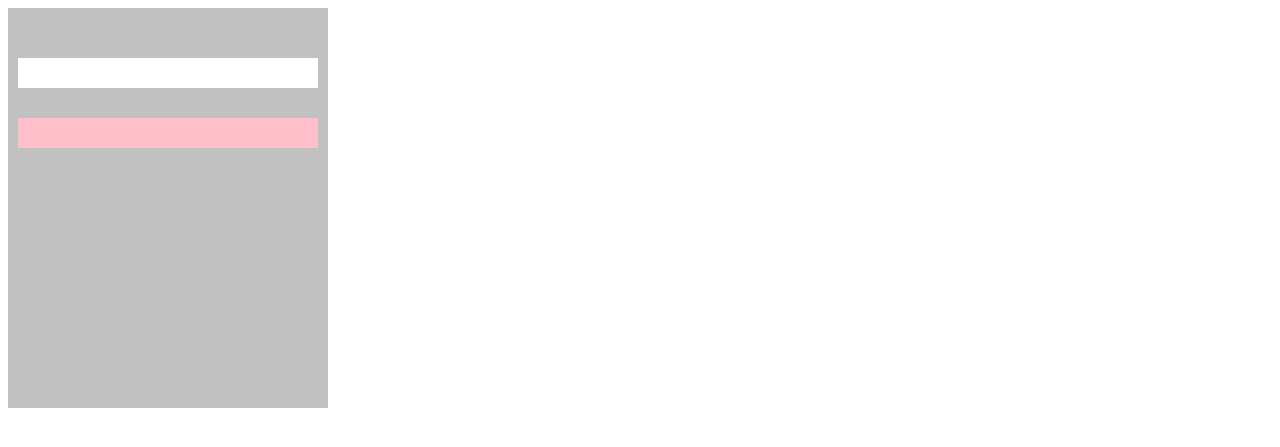
Repository: popll1/Pleiades
Page: http://localhost/jun29web/login.jsp
The author's editor kept a copy of each file at every save. The page is drawn from the files as they stood at one save, then again after the next save.
The browser window is 1280 px wide. The pictures show the whole page.
The page is served by Tomcat 9.

Above is the page before, as saved 2023-06-29 06:26:59.

After the next save:
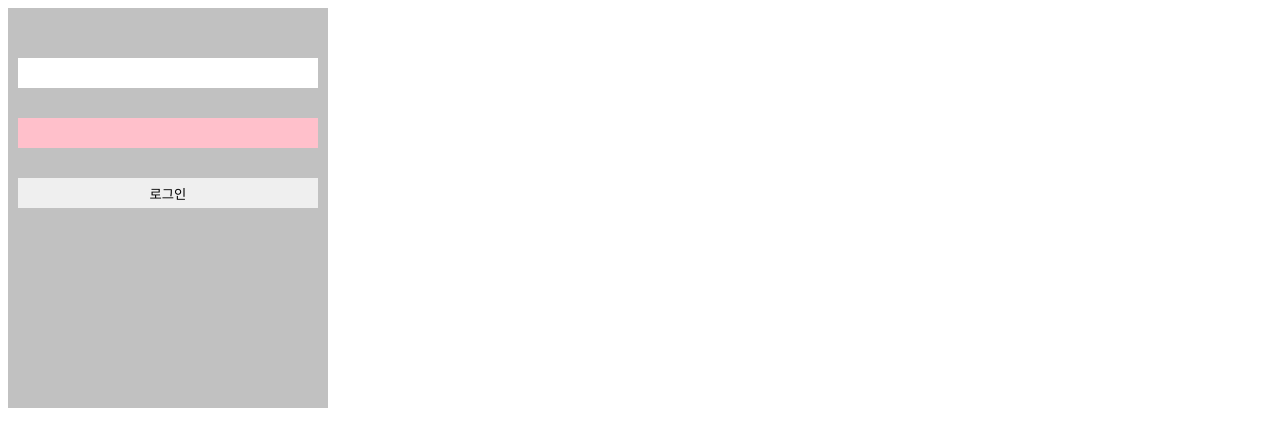
Saved 68 s later.
--- a/jun29web/src/main/webapp/login.jsp
+++ b/jun29web/src/main/webapp/login.jsp
@@ -1,5 +1,5 @@
 <%@ page language="java" contentType="text/html; charset=EUC-KR"
-    pageEncoding="UTF-8"%>
+	pageEncoding="UTF-8"%>
 <!DOCTYPE html>
 <html>
 <head>
@@ -7,49 +7,44 @@
 <title>로그인</title>
 <style type="text/css">
 #loginBox {
- /* id = # ,c class=. */
- 	background-color : #c1c1c1;
- 	width : 300px;
- 	height : 300px;
- 	padding: 50px 10px 50px 10px; //패딩은 내 영역에서 안쪽으로 여백줄때
+	/* id = # ,c class=. */
+	background-color: #c1c1c1;
+	width: 300px;
+	height: 300px;
+	padding: 50px 10px 50px 10px;
+	//
+	패딩은
+	내
+	영역에서
+	안쪽으로
+	여백줄때
 }
+
 input {
- 	padding:0;
- 	margin:0;
- 	border:0;
- 	 	width : 100%;
- 	 	height : 30px;
- 	text-align: center;
- 	margin-bottom : 30px;
+	padding: 0;
+	margin: 0;
+	border: 0;
+	width: 100%;
+	height: 30px;
+	text-align: center;
+	margin-bottom: 30px;
+}
 
+input [type=text] {
+	background-color: yellow;
+}
 
-
-
- }
- input [type=text]{
-
- 	background-color : yellow;
-
- }
- input[type = password]{
- background-color : pink;
- color : red;
-
-
- }
-
-
-
-
-
+input[type=password] {
+	background-color: pink;
+	color: red;
+}
 </style>
 </head>
 <body>
 	<div id="loginBox">
-		<input type = "text">
-		<br>
-		<input type = "password">
-
+		<input type="text"> <br>
+		<input type="password">
+		<input type="button" value ="로그인">
 	</div>
 </body>
 </html>
